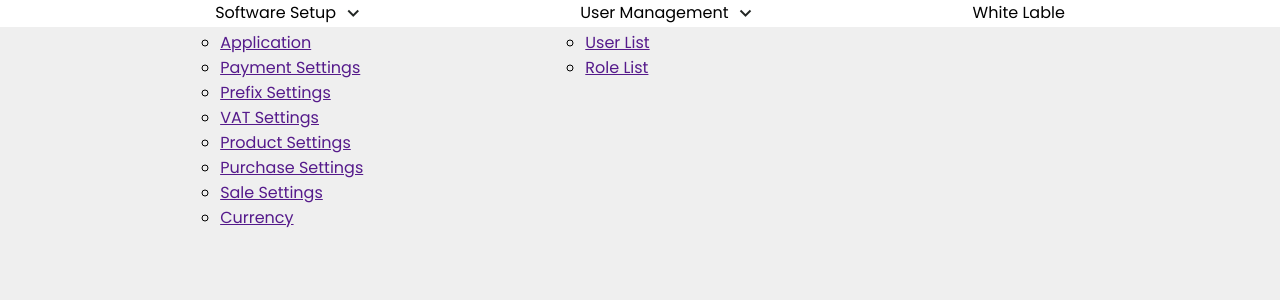
Repository: codebyaddro/pos-settings
Page: settings.html
These files come from the project's save history. The page is drawn as it stood at one moment and after a run of saves; the edit follows.
The browser window is 1280 px wide. The pictures show the whole page.

Above is the page before, as saved 2025-02-16 14:37:32.

### settings.html
<!DOCTYPE html>
<html lang="en">
<head>
    <meta charset="UTF-8">
    <meta name="viewport" content="width=device-width, initial-scale=1.0">
    <!-- CSS -->
    <link rel="stylesheet" href="/css/settings.css">
    <!-- ICON -->
    <link href='https://unpkg.com/boxicons@2.1.4/css/boxicons.min.css' rel='stylesheet'>
    <title>Settings - Page</title>
</head>
<body style="background-color: var(--lt-gray);">
    <div class="cba-settings-container">
        <div class="cba-settings-top-menubar">
            <ul>
                <li class="cba-stm-one">
                    Software Setup<i class='cba-top-menu-arrow bx bx-chevron-down'></i>
                    <ul class="cba-stm-one-dd">
                        <li><a href="">Application</a></li>
                        <li><a href="">Payment Settings</a></li>
                        <li><a href="">Prefix Settings</a></li>
                        <li><a href="">VAT Settings</a></li>
                        <li><a href="">Product Settings</a></li>
                        <li><a href="">Purchase Settings</a></li>
                        <li><a href="">Sale Settings</a></li>
                        <li><a href="">Currency</a></li>
                    </ul>
                </li>
                <li class="cba-stm-two">
                    User Management<i class='cba-top-menu-arrow bx bx-chevron-down'></i>
                    <ul class="cba-stm-two-dd">
                        <li><a href="">User List</a></li>
                        <li><a href="">Role List</a></li>
                    </ul>
                </li>
                <li><a href="">
                    White Lable
                </a></li>
            </ul>
        </div>
    </div>
</body>
</html>

### css/settings.css
/* -- font link -- */

@import url('https://fonts.googleapis.com/css2?family=Poppins:ital,wght@0,100;0,200;0,300;0,400;0,500;0,600;0,700;0,800;0,900;1,100;1,200;1,300;1,400;1,500;1,600;1,700;1,800;1,900&display=swap');

/* -- root css -- */

:root {
    --gray-white: #F0F1F2; /* For body*/
    --white: #FFFFFF;
    --black: #000000;
    --gray-black: #DDDDDD;
    --lt-gray: #EFEFEF;
    --lt-black: #212523;
    --lt-black-op: #21252350;
    --main-green: #157343;
    --main-lt: #37A000;
    --lt-orange: #FD7E14;
    --green: #008000;
    --lt-green: #e9f6ec;
    --lp-green: #F8FAF8;
    --red: #FF0000;
    --lt-red: #fbeaec;
}

/* -- universal style -- */

* {
    margin: 0;
    padding: 0;
    box-sizing: border-box;
    font-family: "Poppins", serif;
}

/* -- web app cursor element selection style -- */

::selection {
    color: var(--white);
    background-color: var(--main-lt);
}

/* -- settings top menu bar style -- */

.cba-settings-top-menubar > ul {
    display: flex;
    justify-content: space-evenly;
    align-items: flex-start;
    background-color: var(--white);
    /* padding: 1rem 0; */
    list-style-type: none;
}

.cba-settings-top-menubar > ul > li {
    display: flex;
    gap: 5px;
    align-items: center;
    cursor: pointer;
    font-size: 1rem;
    border-bottom: 2px solid var(--white);
}

.cba-settings-top-menubar > ul > li:hover {
    border-bottom: 2px solid var(--main-lt);
}

.cba-settings-top-menubar > ul > li > a {
    text-decoration: none;
    color: var(--black);
}

.cba-settings-top-menubar > ul > li > .cba-top-menu-arrow {
    font-size: 1.5rem;
    color: var(--lt-black);
}

/* -- settings top menu bar dropdown style -- */

.cba-settings-top-menubar > ul > .cba-stm-one {
    position: relative;
}

.cba-settings-top-menubar > ul > li > .cba-stm-one-dd {
    position: absolute;
    top: 30px;
    left: 5px;
}

.cba-settings-top-menubar > ul > .cba-stm-two {
    position: relative;
}

.cba-settings-top-menubar > ul > li > .cba-stm-two-dd {
    position: absolute;
    top: 30px;
    left: 5px;
}

After the next 4 saves:
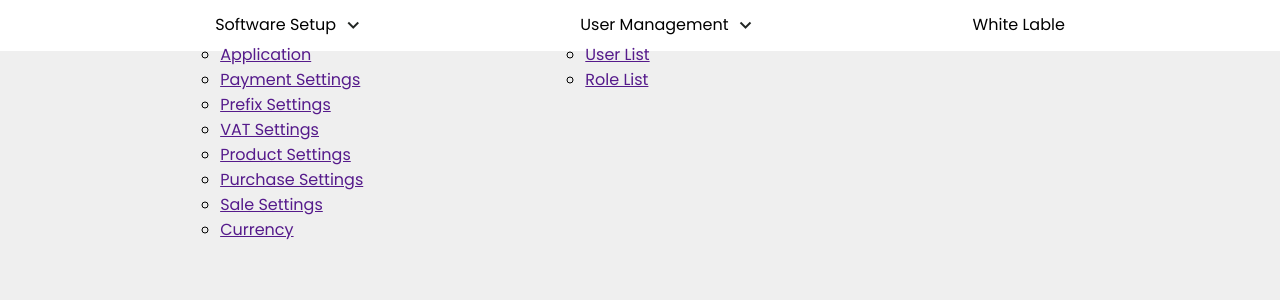
The 4 saves are shown as one change because they came seconds apart.
The last was saved 20 s later.
--- a/css/settings.css
+++ b/css/settings.css
@@ -45,7 +45,7 @@
     justify-content: space-evenly;
     align-items: flex-start;
     background-color: var(--white);
-    /* padding: 1rem 0; */
+    padding: 0.75rem 0;
     list-style-type: none;
 }
 
